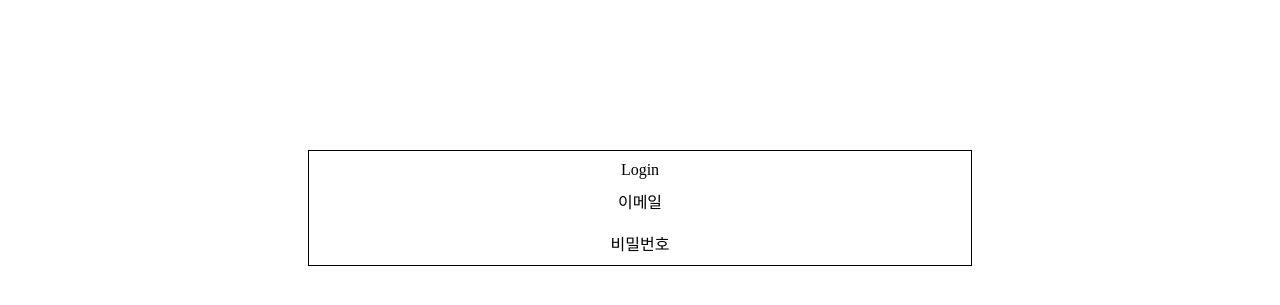
Repository: smandkd/Multicampus_Frontend
Page: http://localhost/Mulcam_Project/jsp/login.jsp
The author's editor kept a copy of each file at every save. The page is drawn from the files as they stood at one save, then again after the next save.
The browser window is 1280 px wide. The pictures show the whole page.
The page is served by Tomcat 9.

Above is the page before, as saved 2022-01-30 02:02:35.

After the next save:
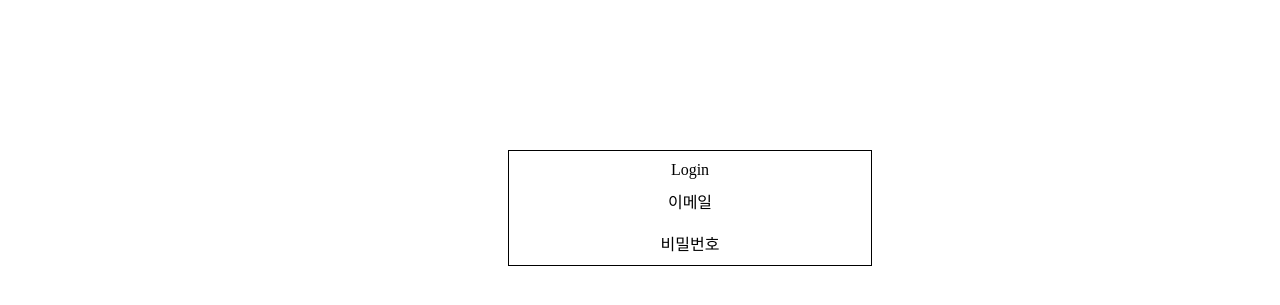
Saved 13 s later.
--- a/Mulcam_Project/jsp/login.jsp
+++ b/Mulcam_Project/jsp/login.jsp
@@ -7,8 +7,8 @@
 <style type="text/css">
 .a {
 	text-align:center;
-	margin-right:300px;
-	margin-left:300px;
+	margin-right:400px;
+	margin-left:500px;
 	margin-top:150px;
 	padding-top:10px;
 	border:1px solid;
